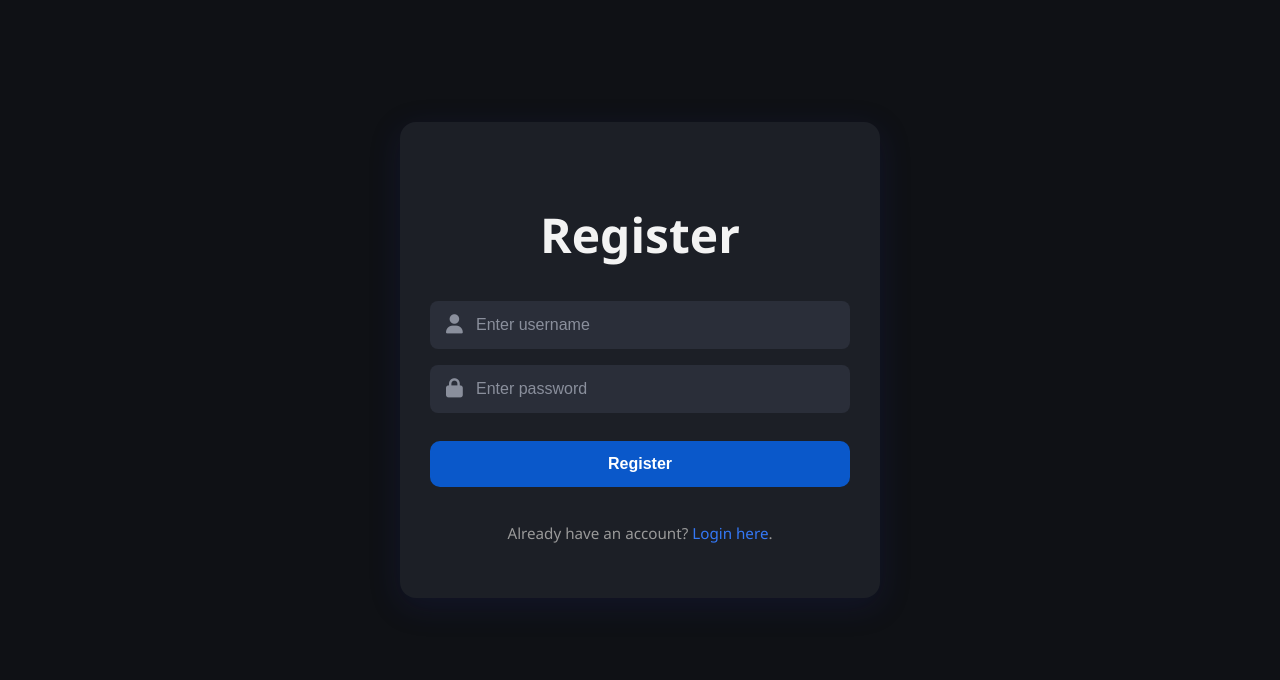
Repository: lowluds/auth-flask
Page: http://localhost/register
The author's editor kept a copy of each file at every save. The page is drawn from the files as they stood at one save, then again after the next save.
The browser window is 1280 px wide. The pictures show the whole page.
The page is served by the project's application, run on Flask 3 (login.py).

Above is the page before, as saved 2025-07-10 23:25:15.

### templates/register.html
<!DOCTYPE html>
<html lang="en">
<head>
    <meta charset="UTF-8">
    <meta name="viewport" content="width=device-width, initial-scale=1.0">
    <title>Register</title>
    <link rel="stylesheet" href="{{ url_for('static', filename='register.css') }}">
    <link rel="stylesheet" href="{{ url_for('static', filename='error.css') }}">
    <link rel="stylesheet" href="https://cdnjs.cloudflare.com/ajax/libs/font-awesome/6.5.0/css/all.min.css">
</head>

<body>
    <div class="register-container">
        <h2>Register</h2>
        <form method="POST" action="/register">

          <div class="input-group">
            <i class="fas fa-user"></i>
            <input type="text" id="username" name="username" placeholder="Enter username" required>
            </div>

          <div class="input-group">
              <i class="fas fa-lock"></i>
            <input type="password" id="password" name="password" placeholder="Enter password" required>
          </div>

            {% with messages = get_flashed_messages(with_categories=true) %}
              {% if messages %}
                {% for category, message in messages %}
                  {% if category == 'error' %}
                  <div class="input-error">{{ message }}</div>
                  {% endif %}
                {% endfor %}
              {% endif %}
            {% endwith %}

            <button type="submit">Register</button>
        </form>
        <p>Already have an account? <a href="{{ url_for('login') }}">Login here</a>.</p>
    </div>
</body>
</html>

### login.py
from flask import Flask, render_template, request, redirect, url_for, session, flash
from werkzeug.security import check_password_hash
from werkzeug.security import generate_password_hash
import json

app = Flask (__name__)
app.secret_key = '123abc456'  # Change this to a secure random value

@app.route('/')
def home():
    return redirect(url_for('login'))

# Login
@app.route('/login', methods=['GET', 'POST'])
def login():
    if request.method == 'POST':
        # Get form input
        username = request.form['username']
        password = request.form['password']

        # Load users from JSON
        with open('users/userDB.json', 'r') as file:
            data = json.load(file)

        # Look for user
        for user in data['users']:
            if user['username'] == username:
                # Check hashed password
                if check_password_hash(user['password'], password):
                    session['username'] = username
                    session['group'] = user['group']
                    session.pop('show_forgot', None)

                    # Redirect based on group
                    if user['group'] == 'admin':
                        return redirect(url_for('admin'))
                    else:
                        return redirect(url_for('dashboard'))

                flash("Incorrect password", "error")
                session['show_forgot'] = True
                return redirect(url_for('login'))

        flash("Username or password not found", "error")
        session.pop('show_forgot', None)
        return redirect(url_for('login'))

    show_forgot = session.pop('show_forgot', False)
    return render_template('login.html', show_forgot=show_forgot)

# Register
@app.route('/register', methods=['GET', "POST"])
def register():
    if request.method == 'POST':
        username = request.form['username']
        password = request.form['password']
        group = "user"

        # Load existing users
        with open('users/userDB.json', 'r') as file:
            data = json.load(file)

        # Check for duplicate username
        for user in data['users']:
            if user['username'] == username:
                flash("Username already exists. Please choose another.", "error")
                return redirect(url_for('register'))

        # Hash the password
        hashed_password = generate_password_hash(password)

        # Add new user to userDB.json
        data['users'].append({
            'username': username,
            'password': hashed_password,
            'group'   : group
        })

        # Save the updated user to userDB.json
        with open('users/userDB.json', "w") as file:
            json.dump(data, file, indent=4)

        flash("You are registered! Please log in.", "success")
        return redirect(url_for('login'))

    # Only runs for GET requests
    return render_template('register.html')

# Forgot Password
@app.route('/forgot')
def forgot_password():
    return render_template('forgot.html')

# Dashboard
@app.route('/dashboard')
def dashboard():
    # Check if user is logged in
    if 'username' in session:
        return render_template('dashboard.html')
    else:
        return redirect(url_for('login'))
# Admin dashboard
@app.route('/admin')
def admin():
    if 'username' in session:
        if session.get('group') == 'admin':
            return render_template('admin.html')
        else:
            return "You are logged in, but not authorized to view this page"
    else:
        return redirect(url_for('login'))

# Logout
@app.route('/logout')
def logout():
    session.pop('username', None)
    return redirect(url_for('login'))

if __name__ == '__main__':
    app.run(debug=True)

### static/register.css
/* Global dark theme */
body {
    background: #0f1115;
    font-family: 'Segoe UI', Tahoma, Geneva, Verdana, sans-serif;
    margin: 0;
    padding: 0;
    color: #f3f3f3;
    min-height: 100vh;
    display: flex;
    justify-content: center;
    align-items: center;
}

/* Shared container styles */
.login-container,
.register-container,
.dashboard-container,
.admin-dashboard-container {
    background: #1c1f26;
    max-width: 420px;
    width: 100%;
    padding: 40px 30px;
    margin: 60px auto;
    border-radius: 16px;
    box-shadow: 0 8px 32px rgba(31, 38, 135, 0.18);
    display: flex;
    flex-direction: column;
    align-items: center;
}

.input-group {
    position: relative;
    width: 100%;
    margin-bottom: 16px;
}

.input-group i {
    position: absolute;
    top: 50%;
    left: 16px;
    transform: translateY(-50%);
    color: #8a8f9c;
    font-size: 1.2rem;
    pointer-events: none;
}

.input-group input {
    padding: 14px 16px 14px 46px;
    height: 48px;
    border: none;
    border-radius: 8px;
    background-color: #2a2e39;
    color: #f3f3f3;
    font-size: 1rem;
    width: 100%;
    box-sizing: border-box;
    margin-bottom: 0;
}

.input-group input:focus {
    box-shadow: 0 0 0 2px rgba(52, 120, 246, 0.4);
}

/* Headings */
.login-container h2,
.register-container h2,
.dashboard-container h2,
.admin-dashboard-container h2 {
    color: #f3f3f3;
    margin-bottom: 34px;
    font-weight: 600;
    font-size: 3rem;
    text-align: center;
}

/* Forms */
form {
    width: 100%;
    display: flex;
    flex-direction: column;
    margin-bottom: 20px;
}

/* Labels */
label {
    margin-bottom: 6px;
    color: #ccc;
    font-size: 0.95rem;
}

/* Inputs */
input,
select {
    padding: 14px;
    margin-bottom: 16px;
    border: none;
    border-radius: 10px;
    background-color: #2a2e39;
    color: #f3f3f3;
    font-size: 1rem;
    transition: all 0.2s ease-in-out;
}

input::placeholder {
    color: #8a8f9c;
}

input:focus,
select:focus {
    outline: none;
    background-color: #2f3541;
    border: 1.5px solid #3478f6;
}

/* Buttons */
button {
    background-color: #0a58ca;
    color: #fff;
    border: none;
    border-radius: 10px;
    padding: 14px;
    font-size: 1rem;
    font-weight: 600;
    cursor: pointer;
    transition: background-color 0.3s ease;
    margin-top: 12px;
}

button:hover {
    background-color: #0846a1;
}

/* Links */
a {
    color: #3478f6;
    text-decoration: none;
    font-weight: 500;
    font-size: 0.95rem;
}

a:hover {
    color: #5a9afc;
    text-decoration: underline;
}

.login-container .login-icon {
    font-size: 84px;
    color: #0a58ca;
    margin-bottom: 0px;
}

.register-container .register-icon {
    font-size: 84px;
    color: #0a58ca;
    margin-bottom: 0px;
}

/* Paragraphs */
p {
    margin-top: 16px;
    color: #999;
    font-size: 0.95rem;
}

/* Forgot Password */
.forgot-link {
    text-align: center;
    margin-bottom: 10px;
}

/* Flash error styling */
.input-error {
    color: #ff4d4d;
    font-weight: bold;
    margin-bottom: 12px;
    text-align: center;
}

/* Responsive */
@media (max-width: 600px) {
    .login-container,
    .register-container,
    .dashboard-container,
    .admin-dashboard-container {
        width: 90%;
        padding: 24px;
    }
}

### static/error.css
/* Modern error style for login and form input errors */
.input-error {
    background: none;
    color: #ff0000;
    padding: 0;
    border-radius: 0;
    margin: 14px 0 18px 0;
    font-weight: 600;
    text-align: center;
    box-shadow: none;
    letter-spacing: 0.7px;
    font-size: 1.08rem;
    border: none;
    text-shadow: none;
    max-width: 400px;
    width: 90%;
    margin-left: auto;
    margin-right: auto;
}
@keyframes fadeOut {
  0% { opacity: 0.98; transform: translateY(0); }
  80% { opacity: 0.98; }
  100% { opacity: 0; transform: translateY(-20px); pointer-events: none; }
}

After the next save:
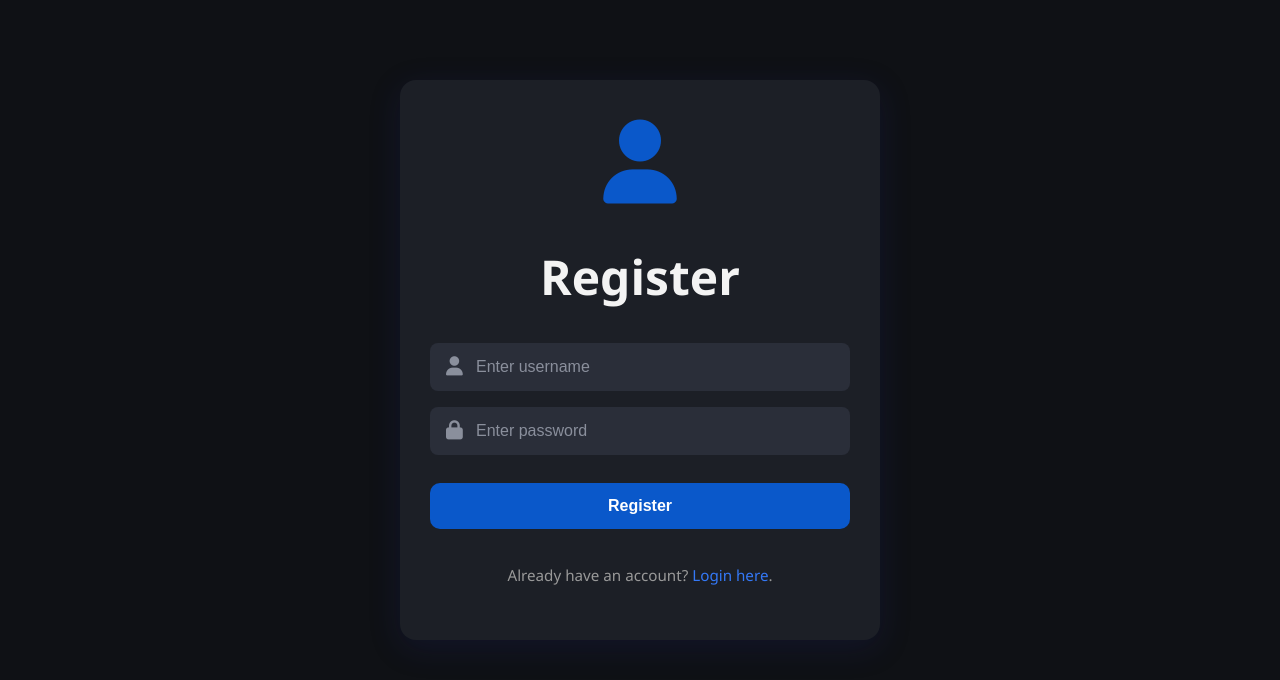
Saved 27 s later.
--- a/templates/register.html
+++ b/templates/register.html
@@ -11,6 +11,7 @@
 
 <body>
     <div class="register-container">
+      <i class="fas fa-user register-icon"></i>
         <h2>Register</h2>
         <form method="POST" action="/register">
 
